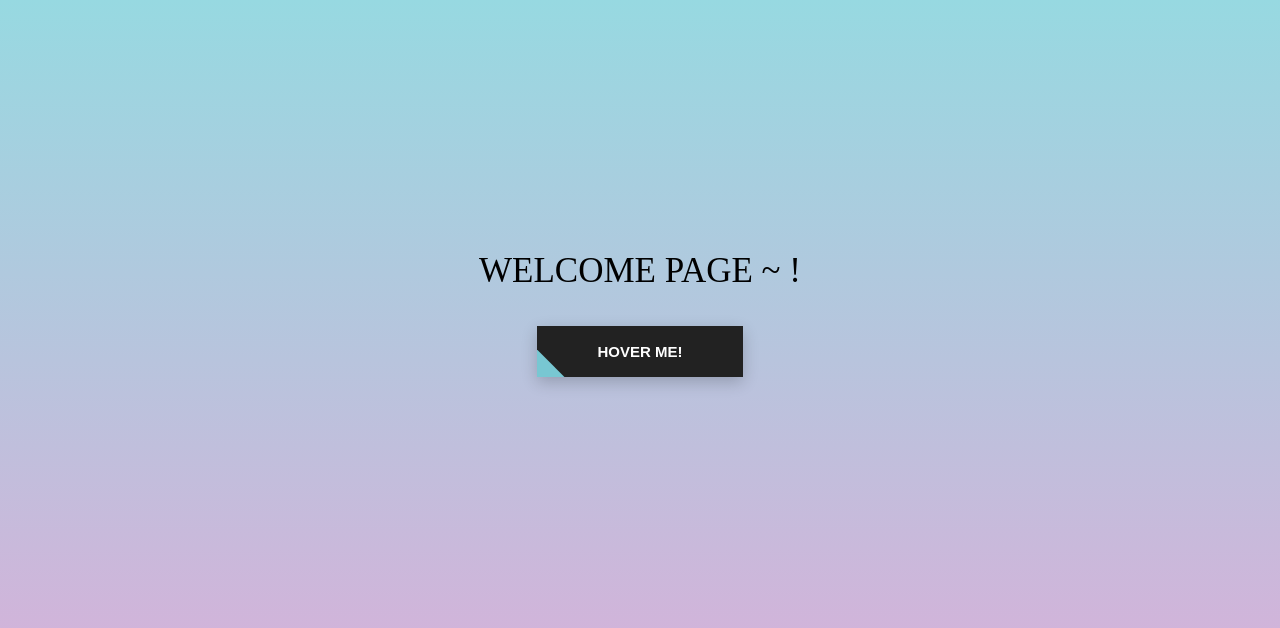
Repository: bbqju13/jsp0602
Page: http://localhost/project4/
These files come from the project's save history. The page is drawn as it stood at one moment and after the next save; the edit follows.
The browser window is 1280 px wide. The pictures show the whole page.
Some web fonts or font styles are not loaded; a fallback is used. The page is served by Tomcat 9.

Above is the page before, as saved 2023-05-30 02:18:07.

After the next save:
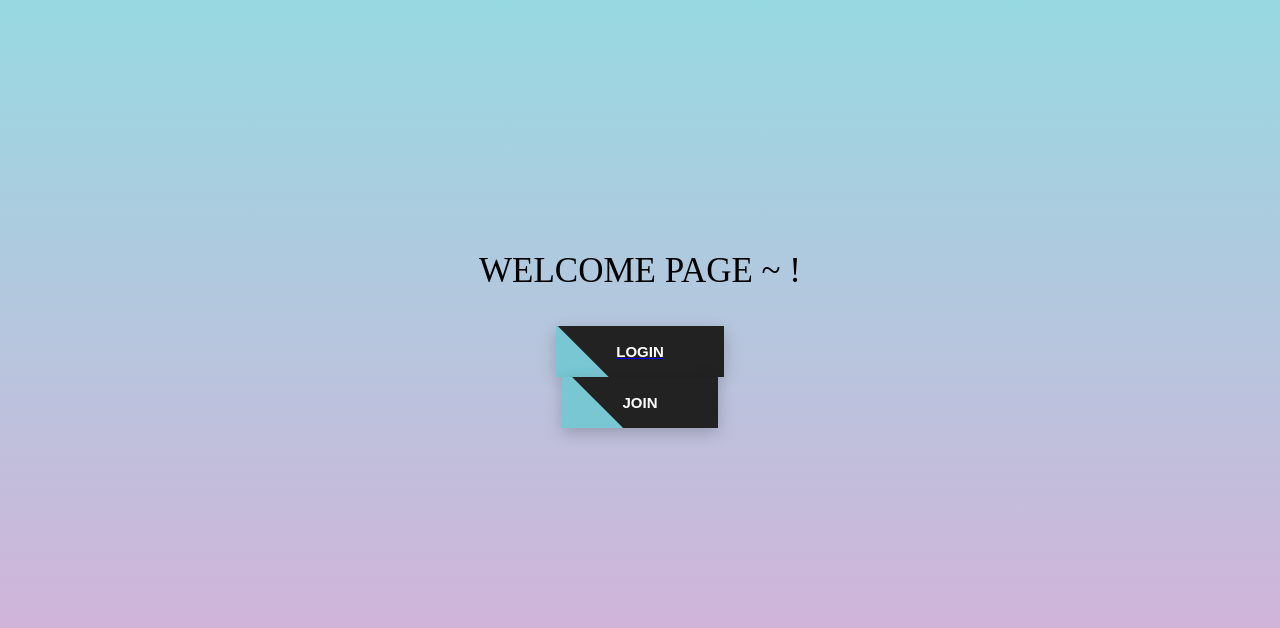
Saved 2 min 31 s later.
--- a/jsp_project4/project4/src/main/webapp/index.jsp
+++ b/jsp_project4/project4/src/main/webapp/index.jsp
@@ -10,13 +10,12 @@
 <body>
 	<div class="button_container">
 		<p class="description">WELCOME PAGE ~ !</p>
-		<button class="btn">
-			<span>Hover me!</span>
-		</button>
-		<!--<p class="link">
-    Design by
-    <a href="https://dribbble.com/skytrip" target="_blank">SkyTrip</a>
-  </p>-->
+		<a href="bcl"><button class="btn">
+			<span>LOGIN</span> <br>
+		</button></a>
+		<a>
+		<button class="btn">JOIN</button>
+		</a>
 	</div>
 </body>
 </html>
